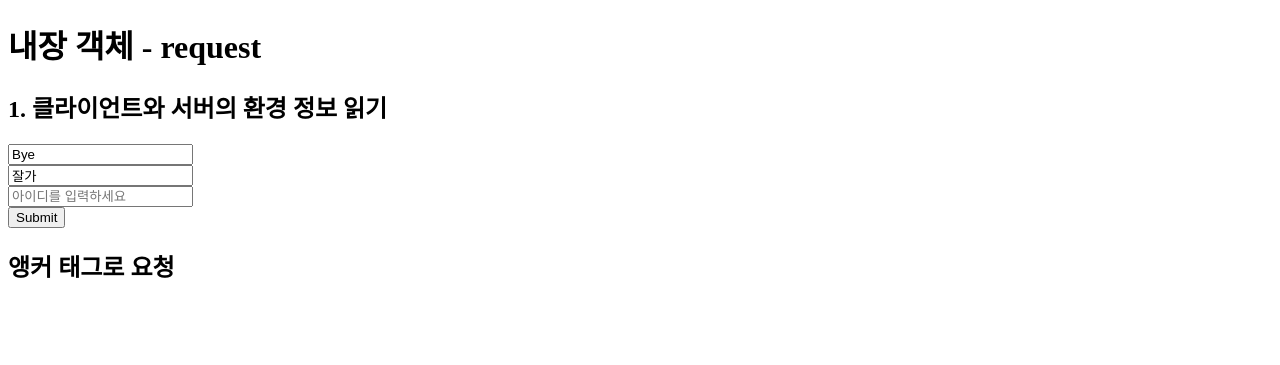
Repository: ahwaboin3/eclipse-workspace-jsp
Page: http://localhost/MustHaveJSP/RequestMain.jsp
The author's editor kept a copy of each file at every save. The page is drawn from the files as they stood at one save, then again after the next save.
The browser window is 1280 px wide. The pictures show the whole page.
The page is served by Tomcat 10. Other server files are loaded and not shown.

Above is the page before, as saved 2025-05-21 05:17:37.

### MustHaveJSP/src/main/webapp/RequestMain.jsp
<%@ page language="java" contentType="text/html; charset=UTF-8"
    pageEncoding="UTF-8"%>
<!DOCTYPE html>
<html>
<head>
<meta charset="UTF-8">
<title>내장 객체 - request</title>
<!-- request 객체
클라이언트(주로 웹 브라우저)가 전송한 요청 정보를 담고 있는 객체입니다.
주요 기능
- 클라이언트와 서버에 대한 정보 읽기
- 클라이언트가 전송한 요청 매개변수에 대한 정보 읽기
- 요청 헤더 및 쿠키 정보 읽기
-->
</head>
<body>
	<h1>내장 객체 - request</h1>
	<h2>1. 클라이언트와 서버의 환경 정보 읽기</h2>
	<!--
		요청은 get방식, post방식
		get 방식 - 주소에 데이터가 노출
		post 방식 - 주소에 데이터가 숨겨짐
	 -->
	<form action="RequestWebInfo.jsp" method="post">
		<input type="text" name="eng" value="Bye"/>
		<br/>
		<input type="text" name="han" value="잘가"/>
		<br/>
		<input type="text" name="id"
			placeholder="아이디를 입력하세요"/>
		<br/>
		<input type="submit"/>

		<h2>앵커 태그로 요청</h2>
		<!-- 상대 주소
			. -> 현재 폴더
			.. -> 상위 폴더
		 -->
		<a href="./RequestWebInfo.jsp?page=2"
	</form>
</body>
</html>

After the next save:
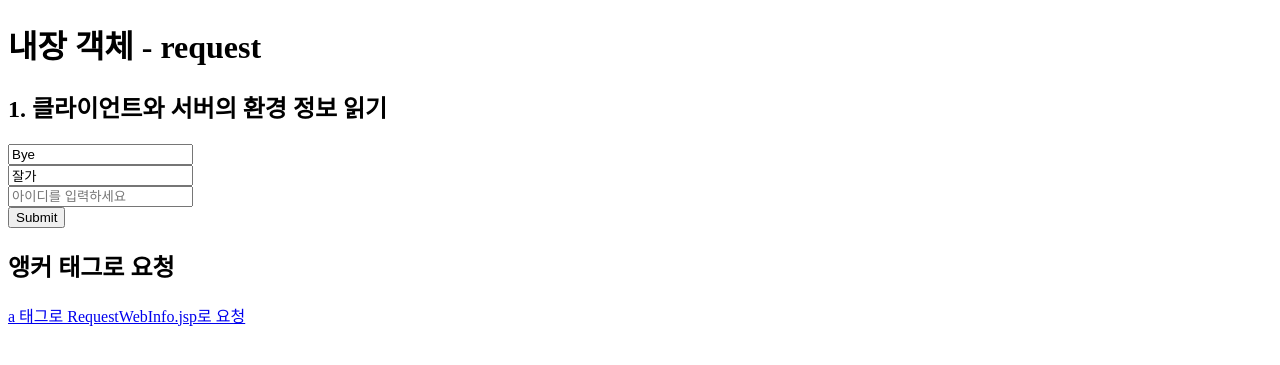
Saved 47 s later.
--- a/MustHaveJSP/src/main/webapp/RequestMain.jsp
+++ b/MustHaveJSP/src/main/webapp/RequestMain.jsp
@@ -36,7 +36,9 @@
 			. -> 현재 폴더
 			.. -> 상위 폴더
 		 -->
-		<a href="./RequestWebInfo.jsp?page=2"
+		<a href="./RequestWebInfo.jsp?page=2">
+			a 태그로 RequestWebInfo.jsp로 요청
+		</a>
 	</form>
 </body>
 </html>
